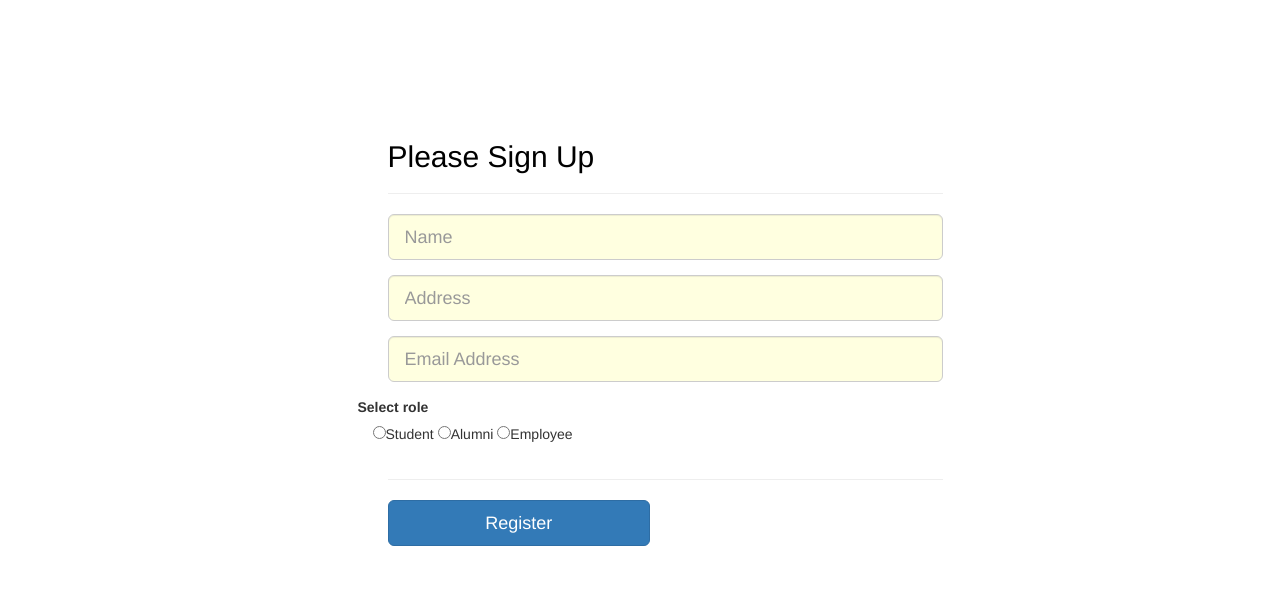
Repository: 123poornima/UpdatedSecondProject
Page: frontendPro/WebContent/_user/register.html
An editor plug-in stored every save of this project. The page is shown before and after the next save, followed by the edit.
The browser window is 1280 px wide. The pictures show the whole page.

Above is the page before, as saved 2017-01-10 06:08:54.

After the next save:
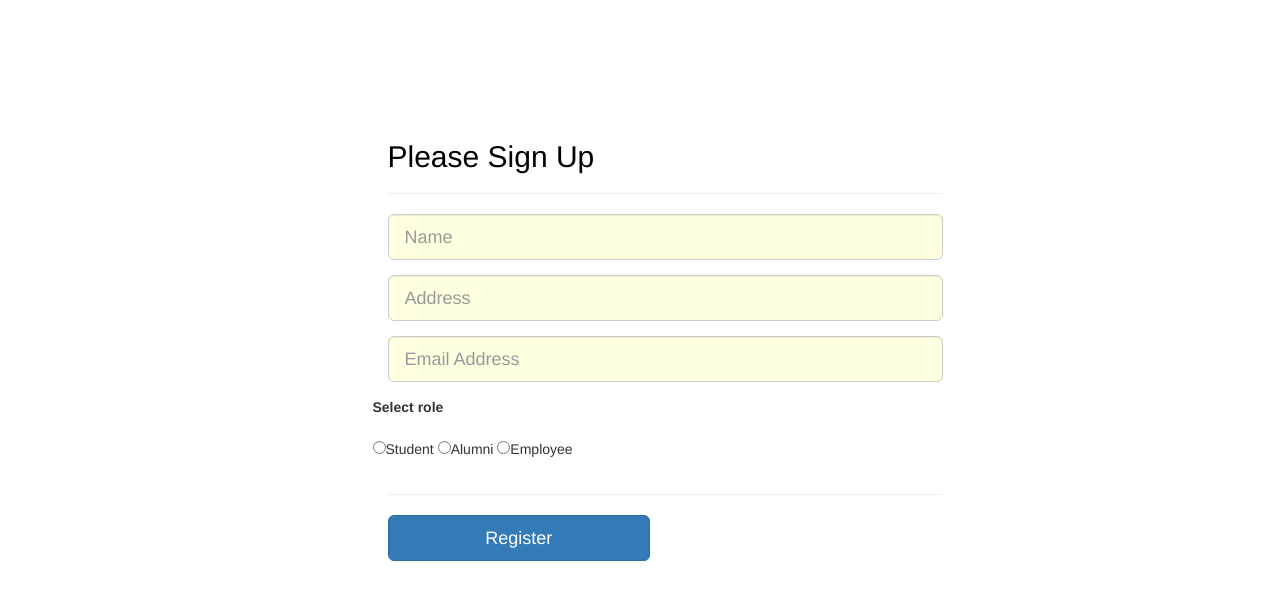
Saved 32 s later.
--- a/frontendPro/WebContent/_user/register.html
+++ b/frontendPro/WebContent/_user/register.html
@@ -45,7 +45,7 @@
 				<input style="background-color:#FFFFE0" required="true"  path="mailId" type="text" ng-model="user.email" name="email"  class="form-control input-lg" placeholder="Email Address" tabindex="5" />
 			</div>
 			<div class="row">
-			<div class="row">
+			<div class="form-group">
 			<label>Select role</label>
 			</div>
 				<div class="form-group">
